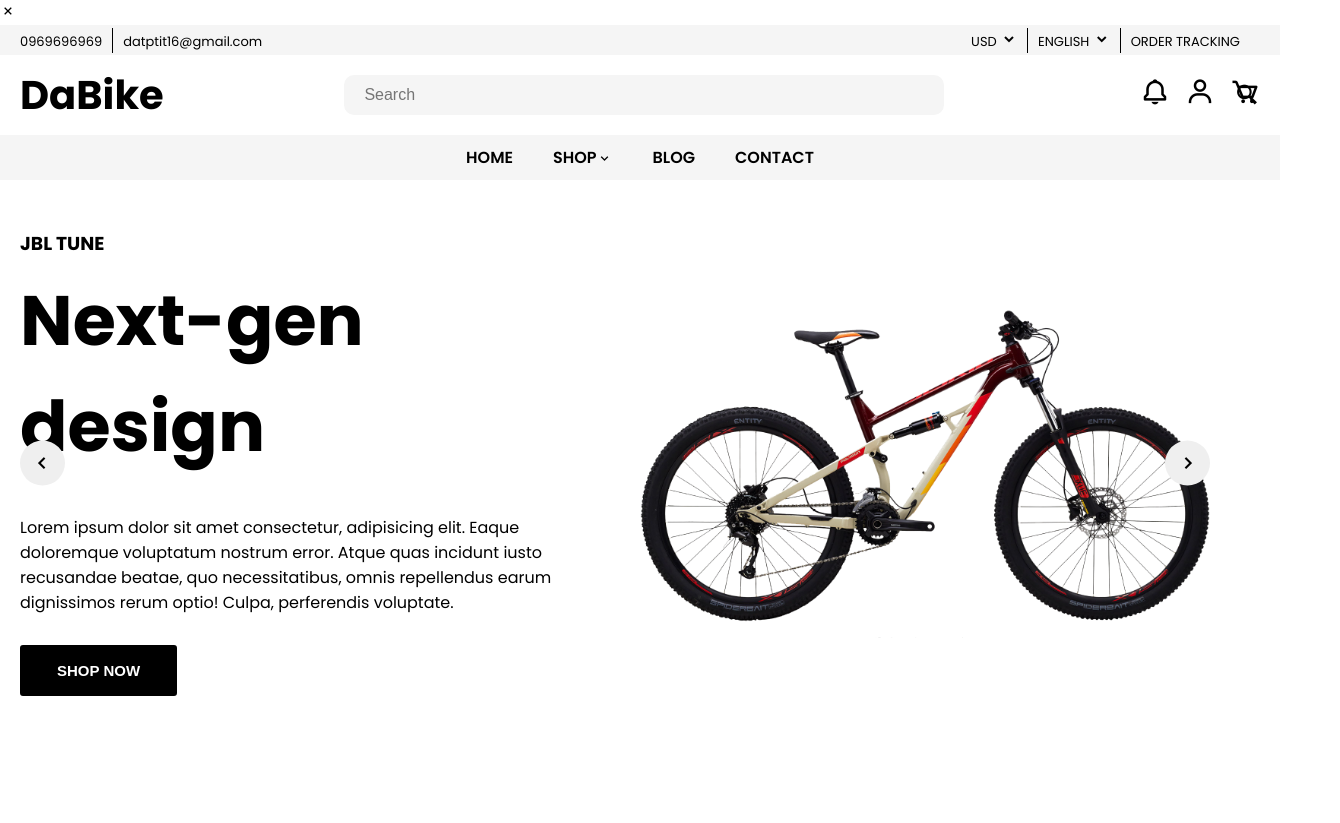
Repository: Datt21/DacMaxx
Page: index.html
These files come from the project's save history. The page is drawn as it stood at one moment and after the next save; the edit follows.
The browser window is 1280 px wide. The page is 1295 px wide, then 1340 px, so the pictures cover 1340 px, including what lies to the right of the window. The pictures show the whole page.

Above is the page before, as saved 2021-07-06 01:00:28.

### index.html
<!DOCTYPE html>
<html lang="en">
<head>
    <meta charset="UTF-8">
    <meta http-equiv="X-UA-Compatible" content="IE=edge">
    <meta name="viewport" content="width=device-width, initial-scale=1.0">
    <title>DaBike</title>
    <!--======== FONTS =========-->
    <link rel="preconnect" href="https://fonts.gstatic.com">
    <link rel="stylesheet" href="https://fonts.googleapis.com/css2?family=Poppins:ital,wght@0,100;0,200;0,300;0,400;0,500;0,600;0,700;0,800;0,900;1,100;1,200;1,300;1,400;1,500;1,600;1,700;1,900&display=swap">

    <!--========= ICONS =========-->
    <link rel="stylesheet" href="./boxicons-2.0.7/css/boxicons.min.css">
    <link href='https://unpkg.com/boxicons@2.0.7/css/boxicons.min.css' rel='stylesheet'>

    <!--========= LINK CSS =========-->
    <link rel="stylesheet" href="./css/grid.css">
    <link rel="stylesheet" href="./css/app.css">
</head>
<body>

    <!--========= HEADER ===========-->
    <header>
        <!-- mobile menu -->
        <div class="mobile-menu bg-second">
            <a href="#" class="mb-logo">DaBike</a>

            <span class="mb-menu-toggle mb-menu-close" id="mb-menu-close">
                <i class='bx bx-menu'></i>
            </span>
        </div>
        <!-- end mobile menu -->
        <!-- main header -->
        <div class="header-wrapper" id="header-wrapper">
            <span class="mb-menu-toggle" id="mb-menu-toggle">
                <i class='bx bx-x'></i>
            </span>
            <!-- top header -->
            <div class="bg-second">
                <div class="top-header container">
                    <ul class="devided">
                        <li>
                            <a href="#">0969696969</a>
                        </li>
                        <li>
                            <a href="#">datptit16@gmail.com</a>
                        </li>
                    </ul>
                    <ul class="devided">
                        <li class="dropdown">
                            <a href="">USD</a>
                            <i class='bx bxs-chevron-down' ></i>
                            <ul class="dropdown-content">
                                <li><a href="">VND</a></li>
                                <li><a href="">JPY</a></li>
                                <li><a href="">EUR</a></li>
                            </ul>
                        </li>
                        <li class="dropdown">
                            <a href="">ENGLISH</a>
                            <i class='bx bxs-chevron-down' ></i>
                            <ul class="dropdown-content">
                                <li><a href="">VIETNAMESE</a></li>
                                <li><a href="">JAPANESE</a></li>
                                <li><a href="">FRENCH</a></li>
                                <li><a href="">SPANISH</a></li>
                            </ul>
                        </li>
                        <li><a href="#">ORDER TRACKING</a></li>
                    </ul>
                </div>
            </div>
            <!-- end top header -->
            <!-- mid header -->
            <div class="bg-main">
                <div class="mid-header container">
                    <a href="#" class="logo">DaBike</a>
                    <div class="search">
                        <input type="text" placeholder="Search">
                        <i class='bx bx-search-alt-2' ></i>
                    </div>
                    <ul class="user-menu">
                        <li><a href=""><i class='bx bx-bell' ></i> </a></li>
                        <li><a href=""><i class='bx bx-user' ></i> </a></li>
                        <li><a href=""><i class='bx bx-cart' ></i> </a></li>
                    </ul>
                </div>
            </div>
            <!-- end mid header -->
            <!-- bottom header -->
            <div class="bg-second">
                <div class="bottom-header container">
                    <ul class="main-menu">
                        <li><a href="">Home</a></li>
                        <!-- mega menu -->
                        <li class="mega-dropdown">
                            <a href="./products.html">Shop <i class='bx bx-chevron-down'></i></a>
                            <div class="mega-content">
                                <div class="row">
                                    <div class="col-3">
                                        <div class="box">
                                            <h3>categories</h3>
                                            <ul>
                                                <li><a href="">Doanhnhan</a></li>
                                                <li><a href="">Diahinh</a></li>
                                                <li><a href="">Thethao</a></li>
                                                <li><a href="">Sinhvien</a></li>
                                            </ul>
                                        </div>
                                    </div>
                                    <div class="col-3">
                                        <div class="box">
                                            <h3>categories</h3>
                                            <ul>
                                                <li><a href="">Doanhnhan</a></li>
                                                <li><a href="">Diahinh</a></li>
                                                <li><a href="">Thethao</a></li>
                                                <li><a href="">Sinhvien</a></li>
                                            </ul>
                                        </div>
                                    </div>
                                    <div class="col-3">
                                        <div class="box">
                                            <h3>categories</h3>
                                            <ul>
                                                <li><a href="">Doanhnhan</a></li>
                                                <li><a href="">Diahinh</a></li>
                                                <li><a href="">Thethao</a></li>
                                                <li><a href="">Sinhvien</a></li>
                                            </ul>
                                        </div>
                                    </div>
                                    <div class="col-3">
                                        <div class="box">
                                            <h3>categories</h3>
                                            <ul>
                                                <li><a href="">Doanhnhan</a></li>
                                                <li><a href="">Diahinh</a></li>
                                                <li><a href="">Thethao</a></li>
                                                <li><a href="">Sinhvien</a></li>
                                            </ul>
                                        </div>
                                    </div>
                                </div>
                                <div class="row img-row">
                                    <div class="col-3">
                                        <div class="box">
                                            <img src="./images/531352.png" alt="">
                                        </div>
                                    </div>
                                    <div class="col-3">
                                        <div class="box">
                                            <img src="./images/6489548.png" alt="">
                                        </div>
                                    </div>
                                    <div class="col-3">
                                        <div class="box">
                                            <img src="./images/MTBROMO_N7_2022.png" alt="">
                                        </div>
                                    </div>
                                    <div class="col-3">
                                        <div class="box">
                                            <img src="./images/b1.png" alt="">
                                        </div>
                                    </div>
                                </div>
                            </div>
                        </li>
                        <!-- end mega menu -->
                        <li><a href="">Blog</a></li>
                        <li><a href="">Contact</a></li>
                    </ul>
                </div>
            </div>
            <!-- end bottom header -->
        </div>
        <!-- end main header -->
    </header>
    <!--========= END HEADER ===========-->
    <!--========= MAIN ================-->
    <div class="hero">
        <div class="slider">
            <div class="container">
                <!-- slide item -->
                <div class="slide active">
                    <div class="info">
                        <div class="info-content">
                            <h3 class="top-down">
                                JBL TUNE
                            </h3>

                            <h2 class="top-down trans-delay-0-2">
                                Next-gen design
                            </h2>

                            <p class="top-down trans-delay-0-4">
                                Lorem ipsum dolor sit amet consectetur, adipisicing elit. Eaque doloremque voluptatum nostrum error. Atque quas incidunt iusto recusandae beatae, quo necessitatibus, omnis repellendus earum dignissimos rerum optio! Culpa, perferendis voluptate.
                            </p>

                            <div class="top-down trans-delay-0-6">
                                <button class="btn-flat btn-hover">
                                    <span>shop now</span>
                                </button>
                            </div>
                        </div>
                    </div>
                    <div class="img top-down">
                        <img src="./images/531352.png" alt="">
                    </div>
                </div>
                <!-- end slide item -->
                <!-- slide item -->
                <div class="slide">
                    <div class="info">
                        <div class="info-content">
                            <h3 class="top-down">
                                JBL Quantum One
                            </h3>

                            <h2 class="top-down trans-delay-0-2">
                                Ipsum dolor sit
                            </h2>

                            <p class="top-down trans-delay-0-4">
                                Lorem ipsum dolor sit amet consectetur, adipisicing elit. Eaque doloremque voluptatum nostrum error. Atque quas incidunt iusto recusandae beatae, quo necessitatibus, omnis repellendus earum dignissimos rerum optio! Culpa, perferendis voluptate.
                            </p>

                            <div class="top-down trans-delay-0-6">
                                <button class="btn-flat btn-hover">
                                    <span>shop now</span>
                                </button>
                            </div>
                        </div>
                    </div>
                    <div class="img right-left">
                        <img src="./images/6489548.png" alt="">
                    </div>
                </div>
                <!-- end slide item -->
                <!-- slide item -->
                <div class="slide">
                    <div class="info">
                        <div class="info-content">
                            <h3 class="top-down">
                                JBL JR 310BT
                            </h3>

                            <h2 class="top-down trans-delay-0-2">
                                Amet Consec
                            </h2>

                            <p class="top-down trans-delay-0-4">
                                Lorem ipsum dolor sit amet consectetur, adipisicing elit. Eaque doloremque voluptatum nostrum error. Atque quas incidunt iusto recusandae beatae, quo necessitatibus, omnis repellendus earum dignissimos rerum optio! Culpa, perferendis voluptate.
                            </p>

                            <div class="top-down trans-delay-0-6">
                                <button class="btn-flat btn-hover">
                                    <span>shop now</span>
                                </button>
                            </div>
                        </div>
                    </div>
                    <div class="img left-right">
                        <img src="./images/b1.png" alt="">
                    </div>
                </div>
                <!-- end slide item -->
            </div>
            <!-- slider controller -->
            <button class="slide-controll slider-next">
                <i class='bx bx-chevron-right'></i>
            </button>
            <button class="slide-controll slider-pre">
                <i class='bx bx-chevron-left'></i>
            </button>
            <!-- end slider controller -->
        </div>
    </div>

    <!--========= END MAIN ================-->

     <!--========= JS ==============-->
    <!-- <script src="./js/index.js"></script> -->
    <script src="./js/app.js"></script>
</body>
</html>

### css/grid.css
.row {
    display: flex;
    flex-wrap: wrap;
    margin: 0 -15px;
}

.row-revere{
    flex-direction: row-reverse;
}

[class*="col-"]{
    padding: 0 15px;
    margin-bottom: 20px;
}

.col-1 {
    width: 8.33%;
}
.col-2 {
    width: 16.66%;
}
.col-3 {
    width: 25%;
}
.col-4 {
    width: 33.33%;
}
.col-5 {
    width: 41.66%;
}
.col-6 {
    width: 50%;
}
.col-7 {
    width: 58.33%;
}
.col-8 {
    width: 66.66%;
}
.col-9 {
    width: 75%;
}
.col-10 {
    width: 83.33%;
}
.col-11 {
    width: 91.66%;
}
.col-12 {
    width: 100%;
}

/* medium screen */
@media only screen and (max-width: 1280px) {
    .col-md-1 {
        width: 8.33%;
    }
    .col-md-2 {
        width: 16.66%;
    }
    .col-md-3 {
        width: 25%;
    }
    .col-md-4 {
        width: 33.33%;
    }
    .col-md-5 {
        width: 41.66%;
    }
    .col-md-6 {
        width: 50%;
    }
    .col-md-7 {
        width: 58.33%;
    }
    .col-md-8 {
        width: 66.66%;
    }
    .col-md-9 {
        width: 75%;
    }
    .col-md-10 {
        width: 83.33%;
    }
    .col-md-11 {
        width: 91.66%;
    }
    .col-md-12 {
        width: 100%;
    }
}

@media only screen and (max-width: 750px) {
    .col-sm-1 {
        width: 8.33%;
    }
    .col-sm-2 {
        width: 16.66%;
    }
    .col-sm-3 {
        width: 25%;
    }
    .col-sm-4 {
        width: 33.33%;
    }
    .col-sm-5 {
        width: 41.66%;
    }
    .col-sm-6 {
        width: 50%;
    }
    .col-sm-7 {
        width: 58.33%;
    }
    .col-sm-8 {
        width: 66.66%;
    }
    .col-sm-9 {
        width: 75%;
    }
    .col-sm-10 {
        width: 83.33%;
    }
    .col-sm-11 {
        width: 91.66%;
    }
    .col-sm-12 {
        width: 100%;
}

### css/app.css
:root {
    --main-bg-color:#fff;
    --second-bg-color:#f5f5f5;
    --third-bg-color:#e3e3e3;
    --grey: #4b4b4b;
    --black: #000;
    --red: #c0392b;
    --top-header-size: 30px;
    --mid-header-size: 80px;
    --bottom-header-size: 45px;
    --btn-bg: #000;
    --btn-border-color: #000;
    --btn-color: #fff;

}

*{
    padding: 0;
    margin: 0;
    box-sizing: border-box;
    -webkit-tap-highlight-color: transparent;
}

body{
    font-family: "Poppins", sans-serif;
    overflow-x: hidden;
    position: relative;
    background-color: var(--main-bg-color);
}

button{
    cursor: pointer;
}

a{
    display: inline-block;
    text-decoration: none;
    color: unset;
}

li{
    list-style-type: none;
}

img{
    max-width: 100%;
}

.container{
    max-width: 1366px;
    margin: auto;
    padding: 0 20px;
    position: relative;
}

.bg-second{
    background-color: var(--second-bg-color);
}

.bg-main{
    background-color: var(--main-bg-color);
}

.text-red{
    color: var(--red);
}

.mobile-menu{
    align-items: center;
    justify-content: space-between;
    padding: 10px 30px;
    display: none;
}
.mb-menu-close{
    display: none;
}

.top-header{
    height: 30px;
    display: flex;
    justify-content: space-between;
    align-items: center;
}

.top-header ul{
    display: flex;
}

.top-header a{
    font-size: 13px;
}

ul.devided > li{
    margin-right: 10px;
    padding-right: 10px;
    border-right: 1px solid;
}

ul.devided > li:last-child{
    border-right: none;
}

/* dropdown */
.dropdown{
    position: relative;
}

.dropdown:hover .dropdown-content{
    top: 100%;
    opacity: 1;
    visibility: visible;
}

.dropdown-content{
    display: flex;
    opacity: 0;
    visibility: hidden;
    position: absolute;
    top: calc(100% + 10px);
    background-color: #fff;
    flex-direction: column;
    box-shadow: rgba(100, 100, 111, 0.2) 0px 7px 29px 0;
    transition: all .4s cubic-bezier(0.77, 0, 0.175, 1);
    z-index: 2;
}
.dropdown-content > li > a{
    padding: 10px;
}

.dropdown-content > li:hover > a {
    color: var(--red);
}
/* end dropdown */

.mid-header{
    display: flex;
    align-items: center;
    justify-content: space-between;
    height: 80px;
    background-color: var(--main-bg-color);
}

.logo{
    font-size: 40px;
    font-weight: 700;
}

.mb-logo{
    font-size: 25px;
    font-weight: 700;
}

.search{
    width: 600px;
    height: 40px;
}

.search input{
    height: 100%;
    width: 100%;
    font-size: 16px;
    outline: 0;
    padding: 0 20px;
    border-radius: 10px;
    border: 0;
    background-color: var(--second-bg-color);
}

.search i{
    position: absolute;
    top: 50%;
    transform: translateY(-50%);
    font-size: 25px;
    right: 20px;
    cursor: pointer;
}

.user-menu{
    display: flex;
}

.user-menu > li > a{
    font-size: 30px;
    margin-left: 15px;
}

.bottom-header{
    display: flex;
    justify-content: space-between;
    align-items: center;
}

.main-menu{
    display: flex;
    height: var(--bottom-header-size);
    margin: auto;
}

.main-menu > li > a {
    display: flex;
    align-items: center;
    margin: 0 20px;
    font-weight: 600;
    height: 100%;
    text-transform: uppercase;
}


.main-menu > li {
    border-bottom: 2px solid transparent;
    border-top: 2px solid transparent;
}

.main-menu > li:hover{
    border-bottom: 2px solid var(--black);
}

/* mega menu */
.mega-content{
    opacity: 0;
    visibility: hidden;
    position: absolute;
    left: 0;
    background-color: var(--main-bg-color);
    width: 100%;
    top: calc(100% + 100px);
    z-index: 2;
    box-shadow: rgba(100, 100, 111, 0.2) 0px 7px 29px 0;
    transition: all 0.4s cubic-bezier(0.77, 0, 0.175, 1);
}


.mega-dropdown:hover .mega-content {
    opacity: 1;
    visibility: visible;
    top: 100%;
}

.mega-content h3{
    margin: 20px 0;
    padding-left: 20px;
}

.mega-content ul{
    display: flex;
    flex-direction: column;
}

.mega-content ul > li > a{
    font-weight: normal;
    border-bottom: 2px dashed #f5f5f5;
    transition: padding-left 0.2s ease-in-out;
    padding: 10px 20px;
}

.mega-content ul > li > a:hover{
    padding-left: 10px;
}
/* end mega menu */
.box{
    padding: 20px;
}

/* Main */
.hero{
   height: calc(
       100vh - (
           var(--top-header-size) + var(--mid-header-size) +
              var(--bottom-header-size)
       )
       );
       padding: 0 20px;
}

.slider,
.slider .container{
    height: 100%;
    position: relative;
}

/* .slide{
    position: absolute;
    height: 100%;
    inset: 0;
    overflow: hidden; */
    /* visibility: hidden;
    /* display: flex; */
/* }  */

/* .slide.active{
    visibility: visible;
} */

/* .slide .info{
    width: 40%;
    display: flex;
    flex-direction: column;
    height: 10%;
} */

.slide{
    display: flex;
    height: 100%;
    inset: 0;
    overflow: hidden;
    visibility: hidden;
    position: absolute;
    /* max-width: max-content; */

}

.slide.active{
    visibility: visible;
}

.slide .info{
    width: 50%;
    display: flex;
    flex-direction: column;
    height: 100%;
    justify-content: center;
}


.info-content h2{
    font-size: 70px;
    margin: 10px 0 35px;
}

.info-content button {
    margin-top: 30px;
}

.slide .img{
    width: 50%;
    display: flex;
    justify-content: center;
    align-items: center;
    margin-left:  50px;
    margin-right: 50px;
}

.btn-flat{
    display: inline-block;
    border: 2px solid var(--btn-border-color);
    background-color: var(--btn-bg);
    color: var(--btn-color);
    padding: 15px 35px;
    font-size: 15px;
    outline: 0;
    font-weight: 600;
    text-transform: uppercase;
    border-radius: 3px;
    /* transition: 0.3s; */
}
.btn-hover{
    transition: all 0.3s ease-in-out;
}
.btn-hover:hover{
    background-color: var(--second-bg-color);
    color: var(--btn-bg);
}
.slide-controll{
    position: absolute;
    top: 50%;
    transform: translateY(-50%);
    outline: 0;
    border: 0;
    border-radius: 50%;
    font-size: 25px;
    display: flex;
    align-items: center;
    padding: 10px;
    transition: all 0.3s cubic-bezier(0.77, 0, 0.175, 1);
}

.slide-controll:hover{
    background-color: var(--btn-bg);
    color: var(--btn-color);
}

/* .slider-next{
    right: -80px;
}

.slider-pre{
    left: -80px;
} */
/*
.slide:hover .slider-next{
    right: 50px;
}

.slide:hover .slider-pre{
    left: 50px;
} */

.slider-next{
    right: 50px;
}

Loaded but not shown: boxicons-2.0.7/css/boxicons.min.css (library); js/app.js (no copy from this time; the picture is the same without it)

After the next save:
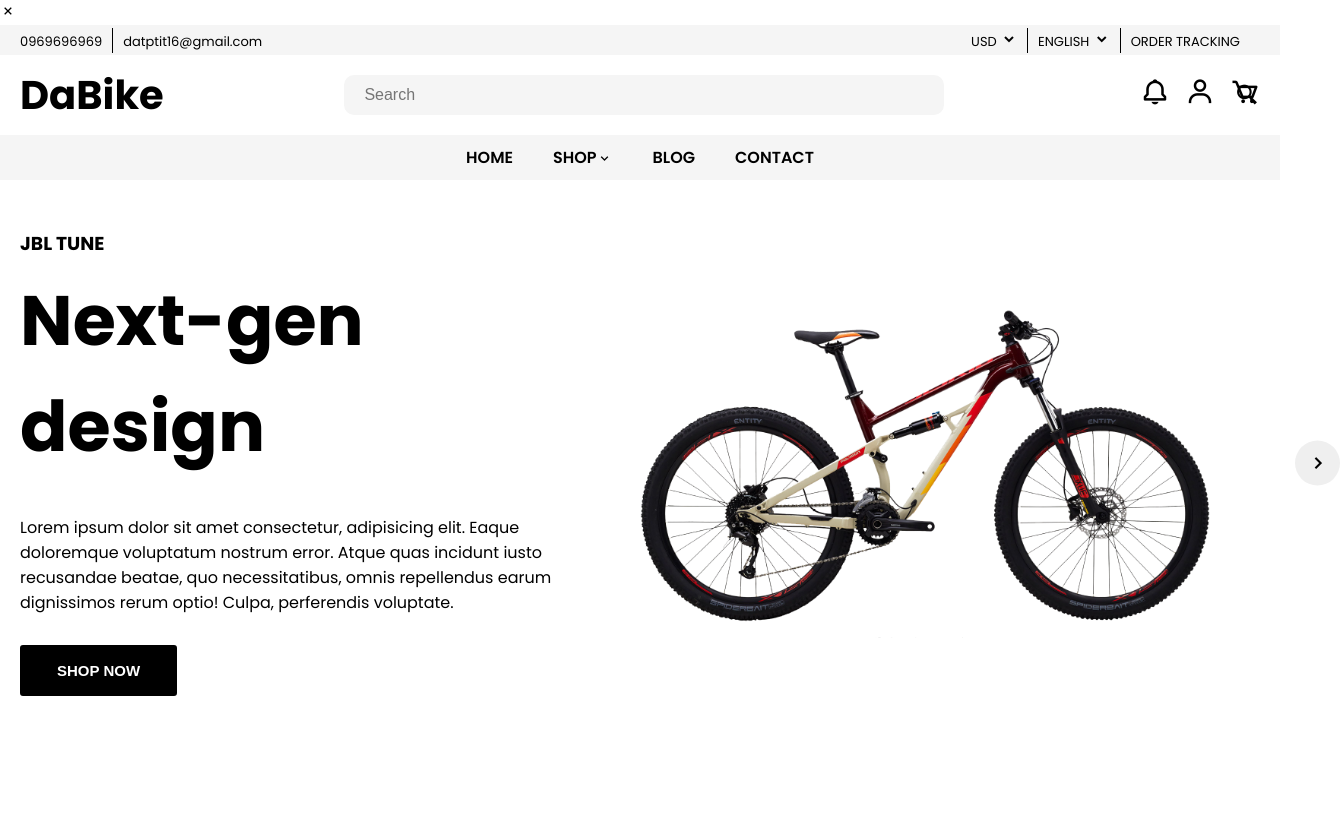
Saved 8 min 46 s later.
--- a/css/app.css
+++ b/css/app.css
@@ -379,22 +379,18 @@ ul.devided > li:last-child{
     color: var(--btn-color);
 }
 
-/* .slider-next{
+.slider-next{
     right: -80px;
 }
 
 .slider-pre{
     left: -80px;
-} */
-/*
-.slide:hover .slider-next{
+}
+
+.slider:hover .slider-next{
     right: 50px;
 }
 
-.slide:hover .slider-pre{
+.slider:hover .slider-pre{
     left: 50px;
-} */
-
-.slider-next{
-    right: 50px;
-}
+}
